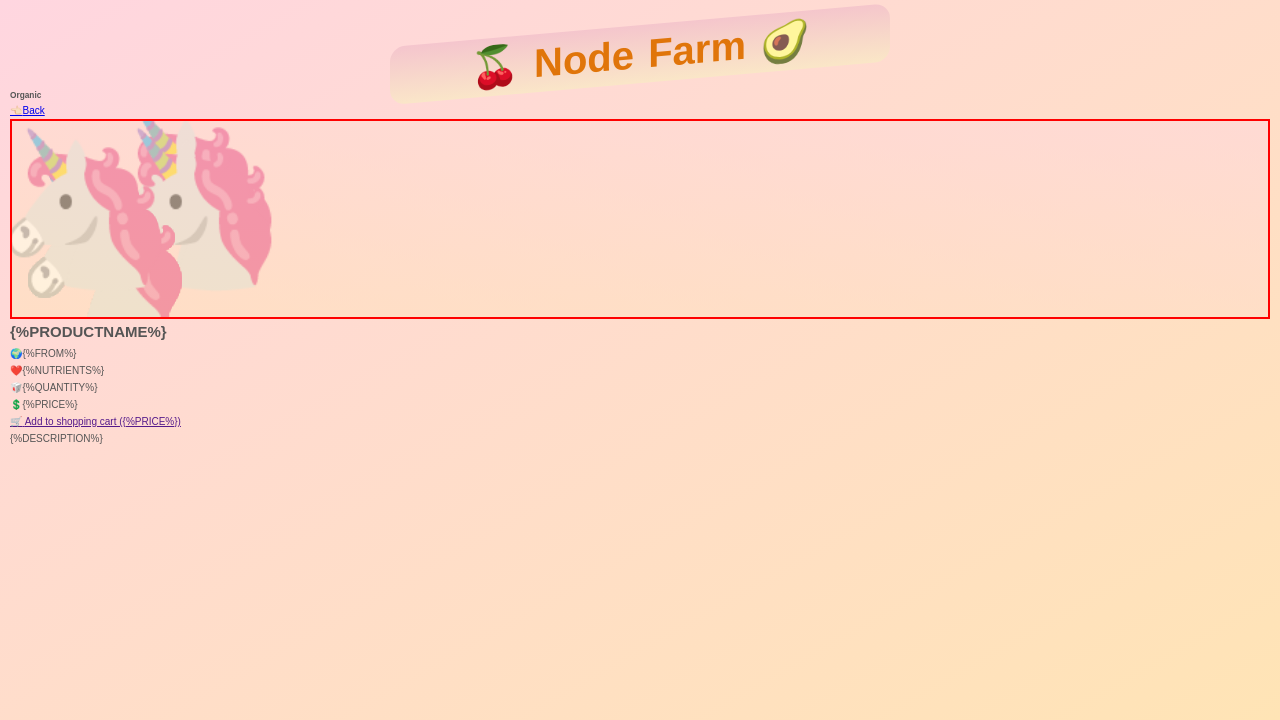
Repository: Kubraaygun/NodeFarm_Backend
Page: templates/product.html
The author's editor kept a copy of each file at every save. The page is drawn from the files as they stood at one save, then again after the next save.
The browser window is 1280 px wide. The pictures show the whole page.

Above is the page before, as saved 2025-09-04 22:32:26.

After the next save:
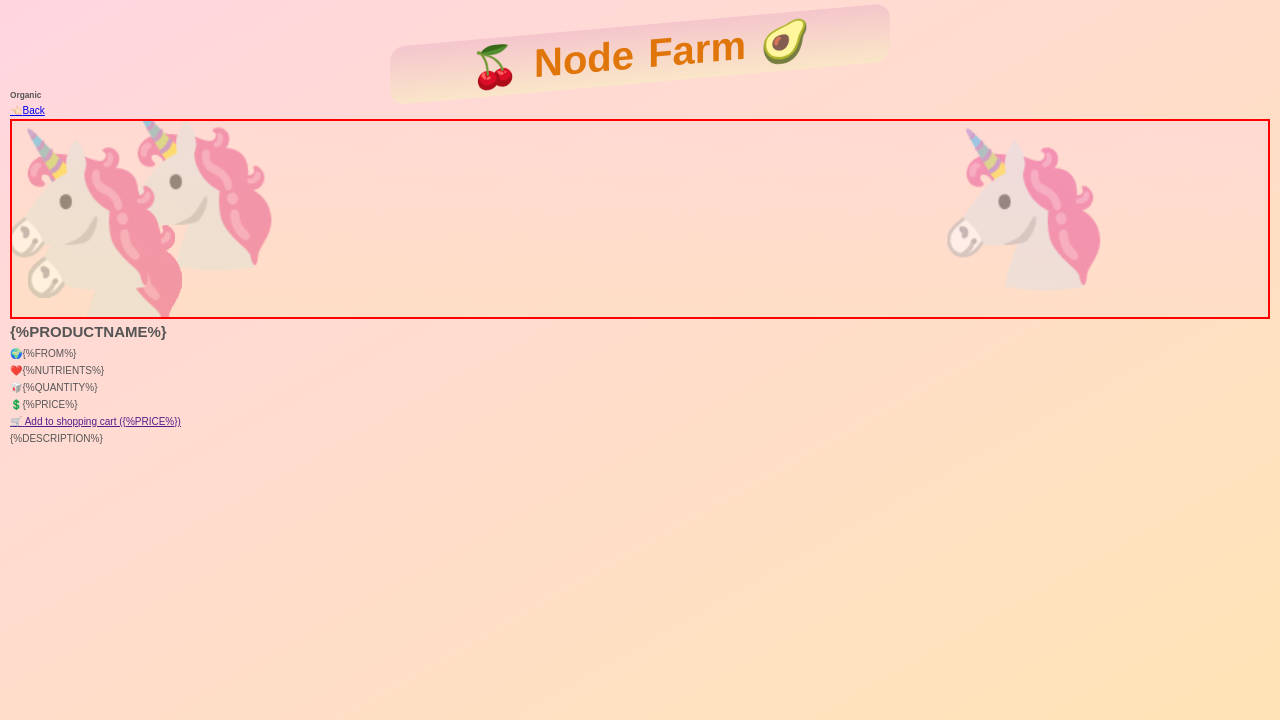
Saved 8 s later.
--- a/templates/product.html
+++ b/templates/product.html
@@ -92,7 +92,7 @@
       }
       .product__emoji--3 {
         top: -4rem;
-        left: 9rem;
+        right: 15rem;
       }
     </style>
   </head>
